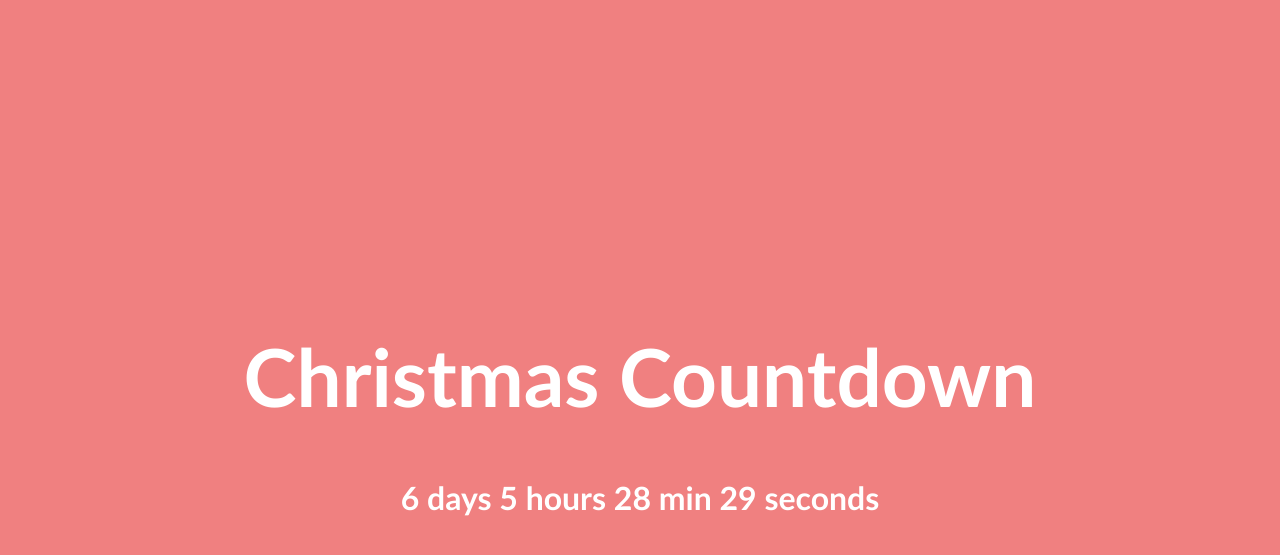
Repository: notMaximilian/countdown-timer
Page: index.html
The author's editor kept a copy of each file at every save. The page is drawn from the files as they stood at one save, then again after the next save.
The browser window is 1280 px wide. The pictures show the whole page.

Above is the page before, as saved 2021-12-18 18:53:31.

### index.html
<html lang="en">
    <head>
        <meta charset="utf-8"/>
        <title>Christmas Countdown</title>
        <link rel="stylesheet" href="styles.css"/>
    </head>
    <body>
        <h1 id="main-text">Christmas Countdown</h1>
        <h1 id="time-left"></h1>
        <script src="app.js"></script>
    </body>
</html>

### styles.css
body{
    background-color: lightcoral;
    color:white;
    text-align: center;
    padding-top: 25%;
    font-family: 'Trebuchet MS', 'Lucida Sans Unicode', 'Lucida Grande', 'Lucida Sans', Arial, sans-serif;
}

#main-text{
    font-size: 500%;
}

### app.js
const timeLeft = document.getElementById('time-left')
let timerId;
//Units of time
const second = 1000
const minute = second * 60
const hour = minute * 60
const day = hour * 24

const christmas = new Date('12/25/2021')

function countdown(){
    const today = new Date();
    const timeSpan = christmas - today;

    if(timeSpan <= -day){
        timeLeft.innerHTML("I hope you had a Merry Christmas!!!")
        clearInterval(timerId)
        return
    }

    if (timeSpan <= 0){
        timeLeft.innerHTML("Merry Christmas!!!")
        clearInterval(timerId)
        return
    }

    const days = Math.floor(timeSpan / day)
    const hours = Math.floor((timeSpan % day) / hour)
    const minutes = Math.floor((timeSpan % hour) / minute)
    const seconds = Math.floor((timeSpan % minute) / second)

    timeLeft.innerHTML = days + " days " + hours + " hours " + minutes + " min " + seconds + " seconds"

}

timerId = setInterval(countdown, second)

After the next save:
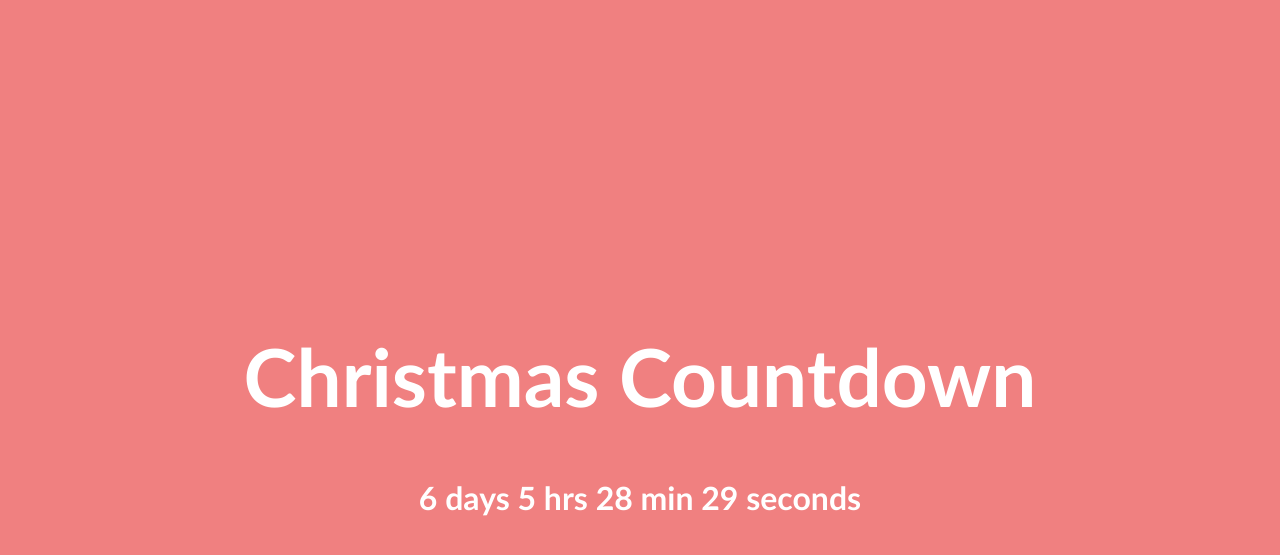
Saved 27 s later.
--- a/app.js
+++ b/app.js
@@ -29,7 +29,7 @@ function countdown(){
     const minutes = Math.floor((timeSpan % hour) / minute)
     const seconds = Math.floor((timeSpan % minute) / second)
 
-    timeLeft.innerHTML = days + " days " + hours + " hours " + minutes + " min " + seconds + " seconds"
+    timeLeft.innerHTML = days + " days " + hours + " hrs " + minutes + " min " + seconds + " seconds"
 
 }
 
